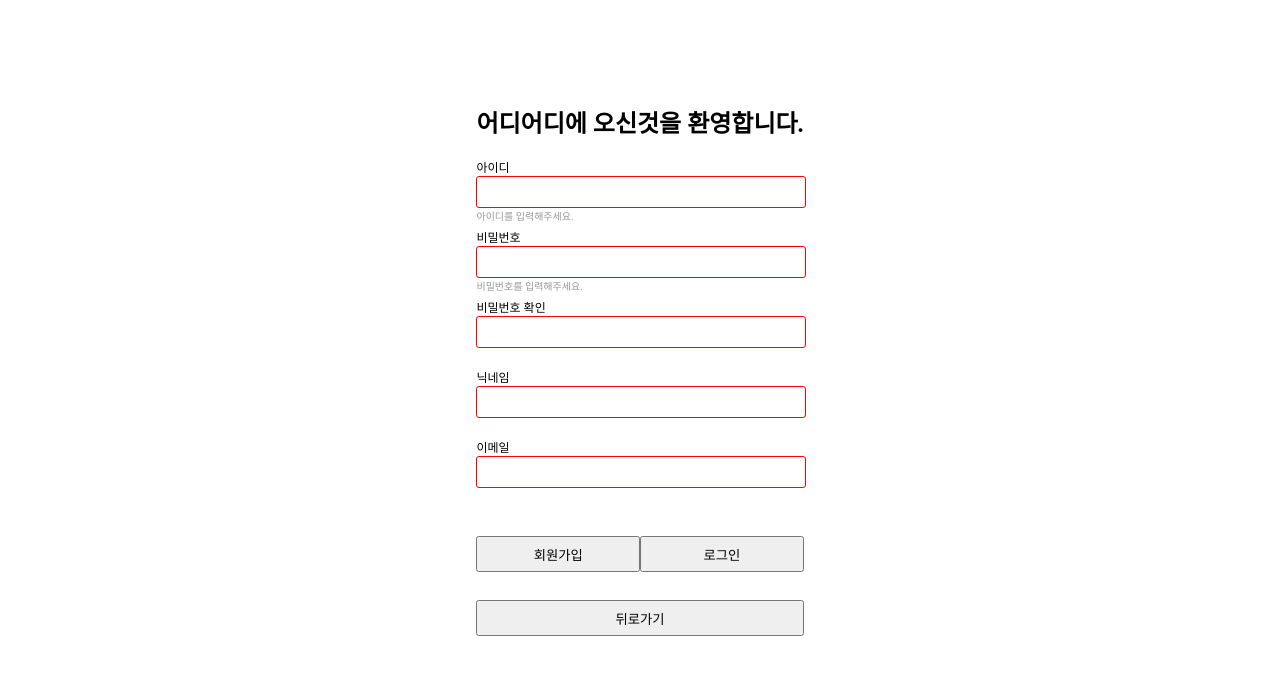
Repository: zzangyu/koreanFoodsProject
Page: http://localhost/koreanFoodsProject/koreanFoods/signUp.jsp
The author's editor kept a copy of each file at every save. The page is drawn from the files as they stood at one save, then again after a run of saves.
The browser window is 1280 px wide. The pictures show the whole page.
The page is served by Tomcat 9.

Above is the page before, as saved 2022-12-29 07:38:50.

After the next 2 saves:
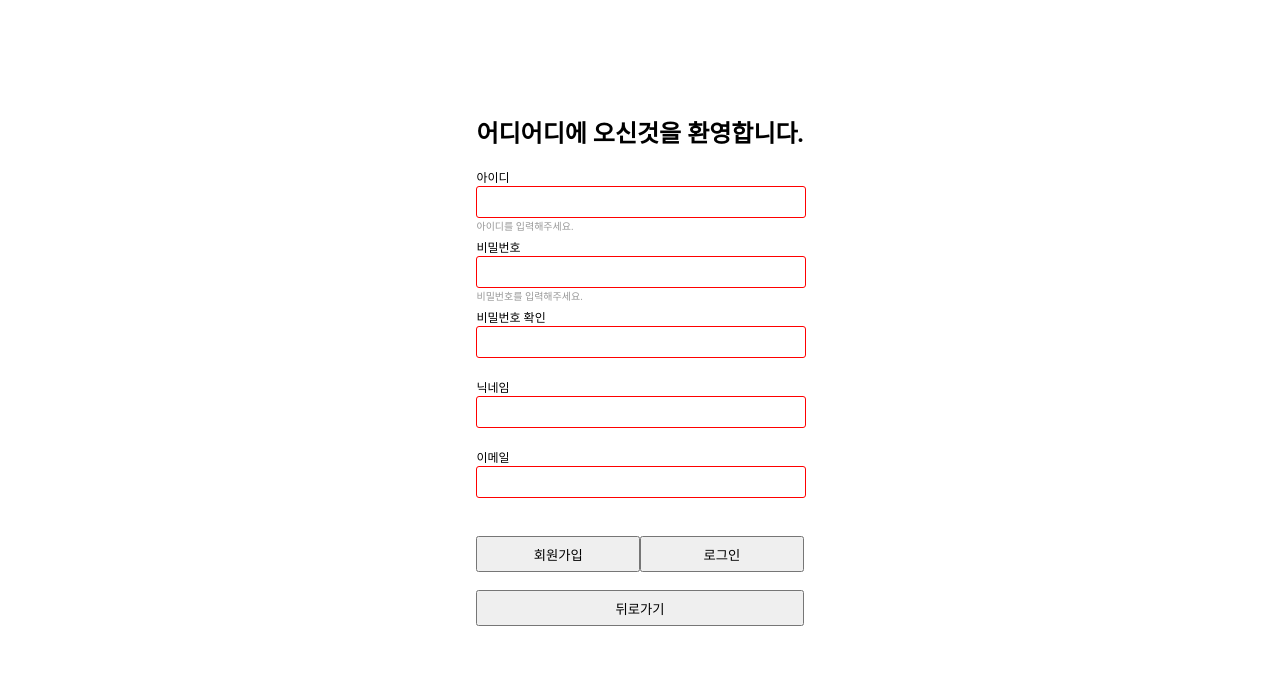
The 2 saves are shown as one change because they came seconds apart.
The last was saved 14 s later.
--- a/koreanFoodsProject/src/main/webapp/koreanFoods/css/kFoods.css
+++ b/koreanFoodsProject/src/main/webapp/koreanFoods/css/kFoods.css
@@ -46,10 +46,10 @@ a {
 .signUp_button1 {
 	width: 50%;
 	height: 36px;
-	margin-top: 28px;
+	margin-top: 18px;
 }
 .signUp_button2 {
 	width: 100%;
 	height: 36px;
-	margin-top: 28px;
+	margin-top: 18px;
 }
